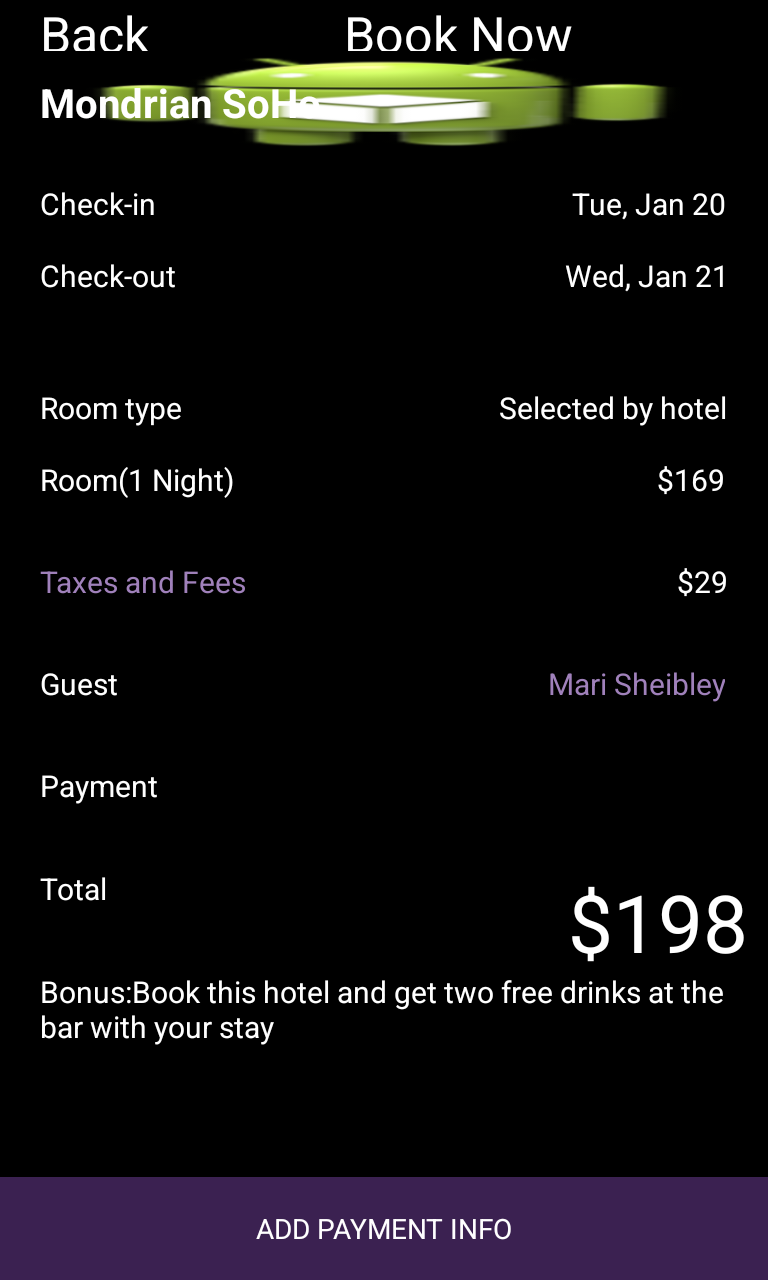
Repository: RibuRoyson/exercise
Layout: exercise8/res/layout/exercise8.xml
The author's editor kept a copy of each file at every save. The layout is drawn from the files as they stood at one save, then again after the next save.
It is drawn on a 768 x 1280 px phone screen (xhdpi) without system bars, with theme AppTheme; the app's code is not run.

Above is the layout before, as saved 2015-02-16 04:56:12.

After the next save:
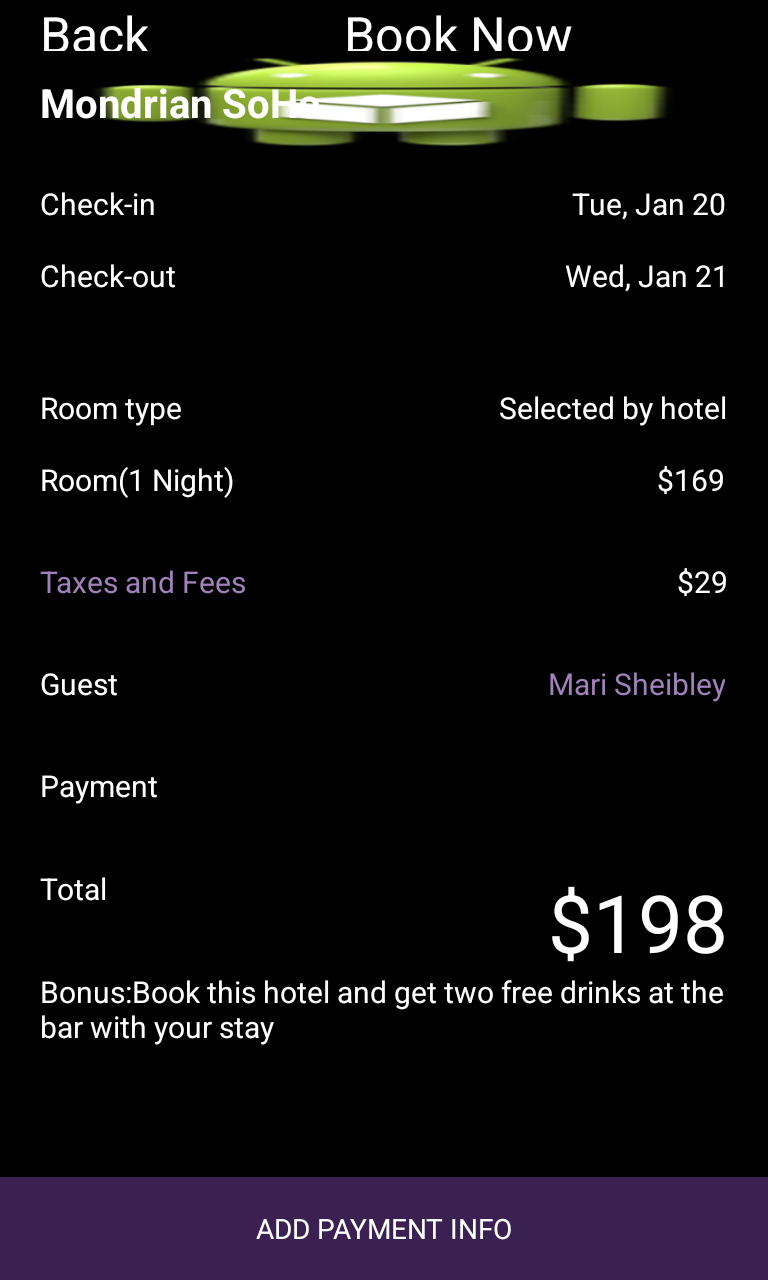
Saved 11 s later.
--- a/exercise8/res/layout/exercise8.xml
+++ b/exercise8/res/layout/exercise8.xml
@@ -275,7 +275,7 @@
                 android:layout_weight="1"
                 android:gravity="end"
                 android:text="$198"
-                android:paddingRight="10dp"
+                android:paddingRight="20dp"
                 android:textColor="#ffffff"
                 android:textSize="40sp" />
 
